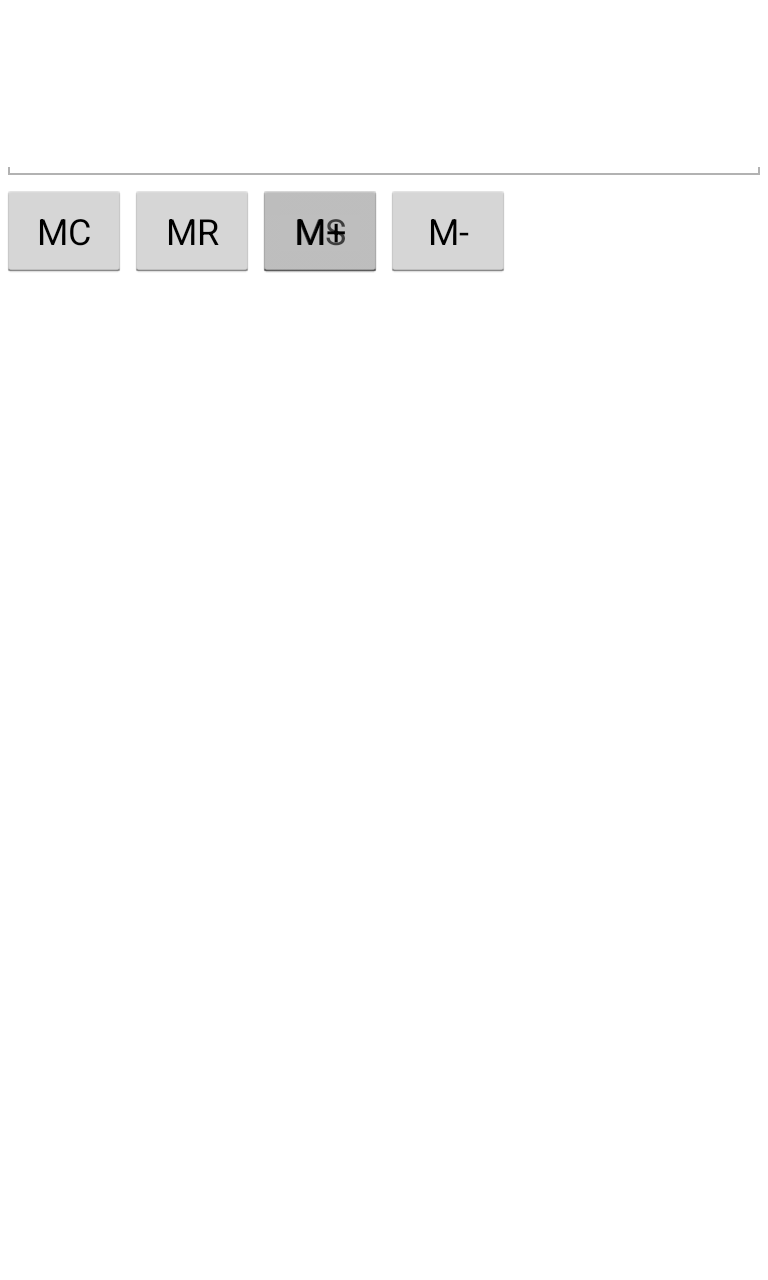
Repository: sonyi/androidClass
Layout: androidClass/day02/Calculate/res/layout/activity_main.xml
The author's editor kept a copy of each file at every save. The layout is drawn from the files as they stood at one save, then again after the next save.
It is drawn on a 768 x 1280 px phone screen (xhdpi) without system bars, with theme AppTheme; the app's code is not run.

Above is the layout before, as saved 2014-05-28 05:16:07.

### androidClass/day02/Calculate/res/layout/activity_main.xml
<?xml version="1.0" encoding="utf-8"?>
<RelativeLayout xmlns:android="http://schemas.android.com/apk/res/android"
    android:layout_width="match_parent"
    android:layout_height="match_parent" >

    <EditText
        android:id="@+id/et_show"
        android:layout_width="match_parent"
        android:layout_height="wrap_content"
        android:layout_marginTop="10dp"
        android:lines="3" />

    <Button
        android:id="@+id/id_mc"
        android:layout_width="wrap_content"
        android:layout_height="wrap_content"
        android:layout_alignParentLeft="true"
        android:layout_below="@id/et_show"
        android:text="MC" />

    <Button
        android:id="@+id/id_mr"
        android:layout_width="wrap_content"
        android:layout_height="wrap_content"
        android:layout_alignTop="@id/id_mc"
        android:layout_toRightOf="@id/id_mc"
        android:text="MR" />

    <Button
        android:id="@+id/id_ms"
        android:layout_width="wrap_content"
        android:layout_height="wrap_content"
        android:layout_alignTop="@id/id_mr"
        android:layout_toRightOf="@id/id_mr"
        android:text="MS" />

    <Button
        android:id="@+id/id_m1"
        android:layout_width="wrap_content"
        android:layout_height="wrap_content"
        android:layout_alignTop="@id/id_mr"
        android:layout_toRightOf="@id/id_mr"
        android:text="M+" />

    <Button
        android:id="@+id/id_m2"
        android:layout_width="wrap_content"
        android:layout_height="wrap_content"
        android:layout_alignTop="@id/id_m1"
        android:layout_toRightOf="@id/id_m1"
        android:text="M-" />

</RelativeLayout>

Loaded but not shown: androidClass/day02/Calculate/res/values/styles.xml (common file); androidClass/day02/Calculate/res/values-v11/styles.xml (common file); androidClass/day02/Calculate/res/values-v14/styles.xml (common file)

After the next save:
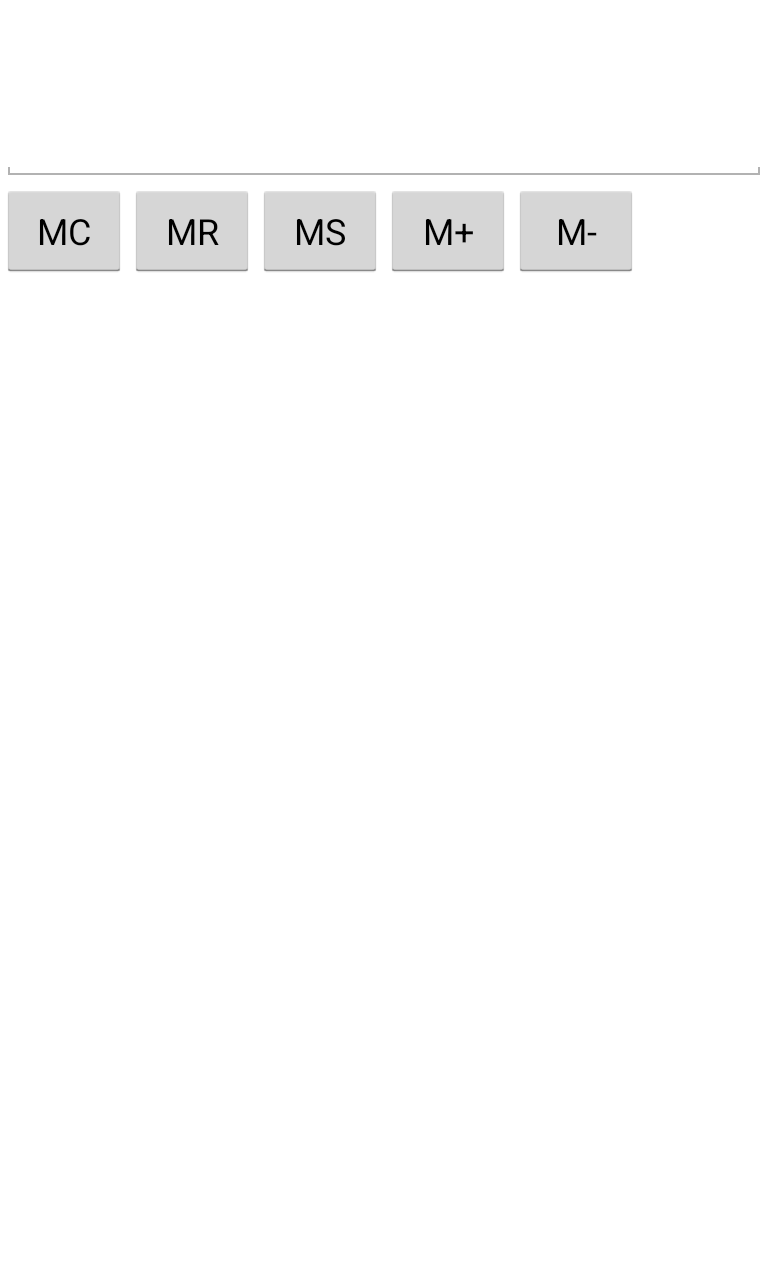
Saved 33 s later.
--- a/androidClass/day02/Calculate/res/layout/activity_main.xml
+++ b/androidClass/day02/Calculate/res/layout/activity_main.xml
@@ -38,8 +38,8 @@
         android:id="@+id/id_m1"
         android:layout_width="wrap_content"
         android:layout_height="wrap_content"
-        android:layout_alignTop="@id/id_mr"
-        android:layout_toRightOf="@id/id_mr"
+        android:layout_alignTop="@id/id_ms"
+        android:layout_toRightOf="@id/id_ms"
         android:text="M+" />
 
     <Button
